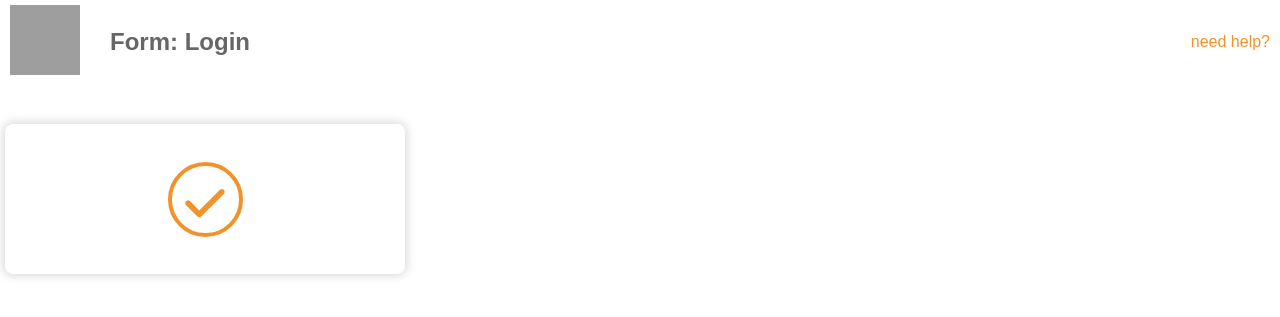
Repository: NguyenDucHung20002/project-homev1
Page: checkout/checkout.html
The author's editor kept a copy of each file at every save. The page is drawn from the files as they stood at one save, then again after the next save.
The browser window is 1280 px wide. The pictures show the whole page.
Pictures or frames that could not be fetched are drawn as grey boxes. The style sheet was rebuilt from its Sass, Less or Tailwind sources for each picture, by a compiler version that may differ from the author's.

Above is the page before, as saved 2022-09-20 09:22:18.

After the next save:
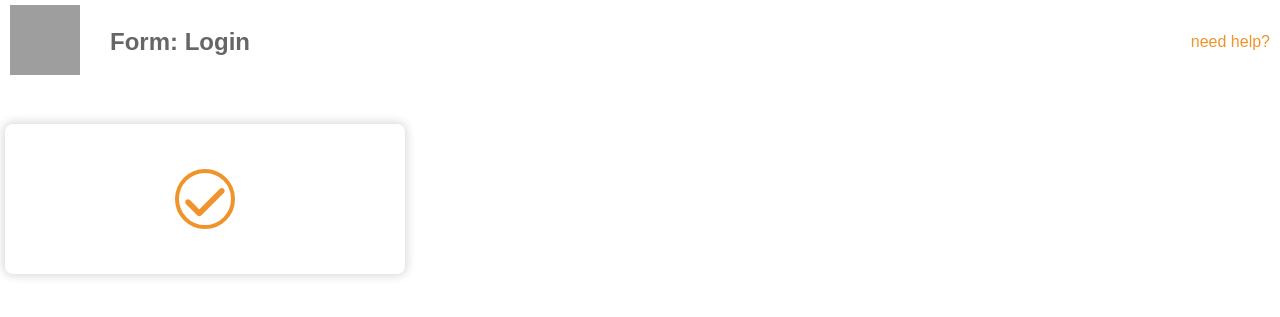
Saved 11 s later.
--- a/checkout/checkout.scss
+++ b/checkout/checkout.scss
@@ -60,9 +60,9 @@ header {
       i {
         color: #f0932b;
         text-align: center;
-        line-height: 75px;
-        width: 75px;
-        height: 75px;
+        line-height: 60px;
+        width: 60px;
+        height: 60px;
         border: 4px solid #f0932b;
         border-radius: 50%;
         font-size: 45px;
